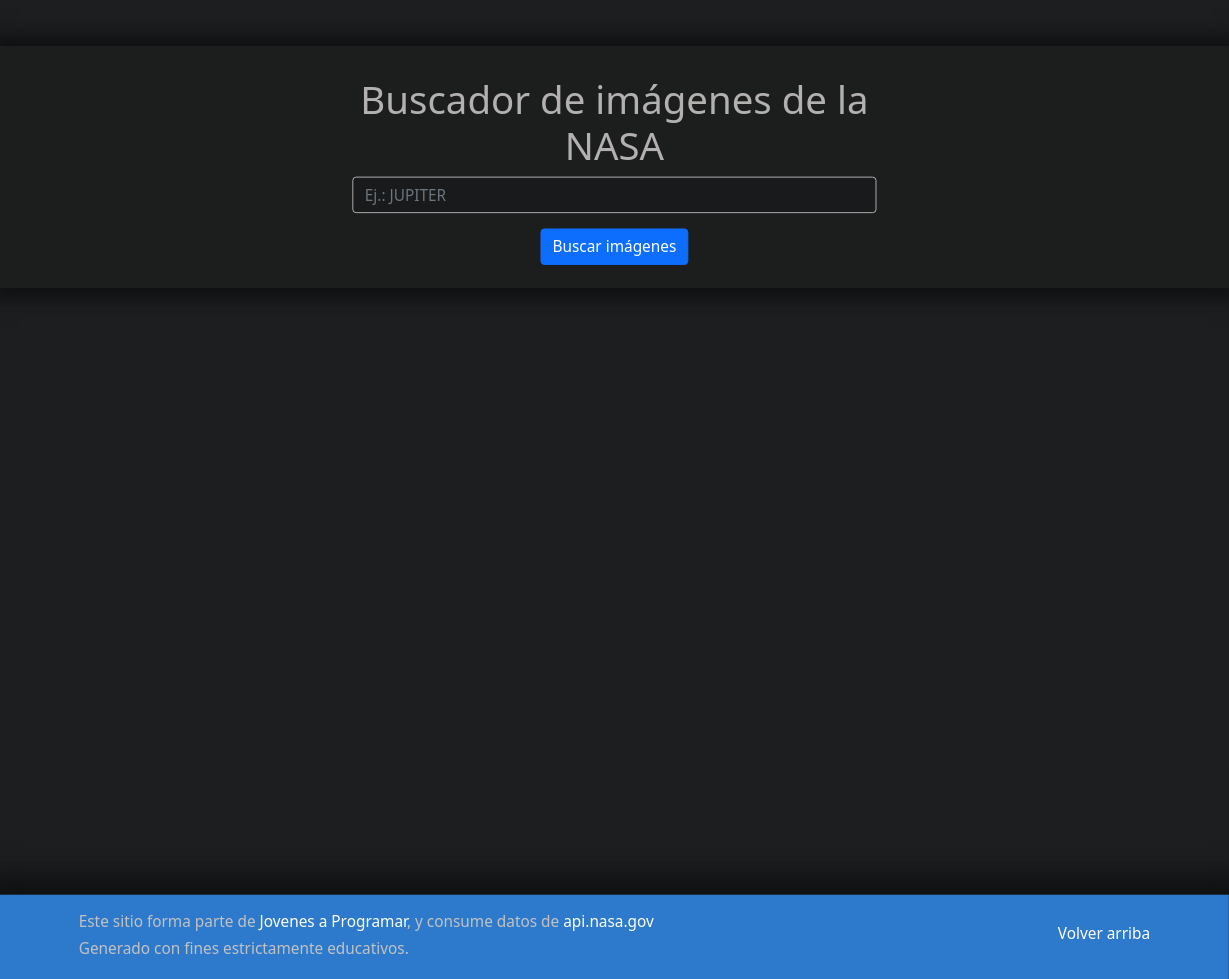
Repository: romancegirl/galaxies
Page: index.html
An editor plug-in stored every save of this project. The page is shown before and after the next save, followed by the edit.
The browser window is 1280 px wide. The pictures show the whole page, at 96% of full size.

Above is the page before, as saved 2024-11-30 04:01:15.

After the next save:
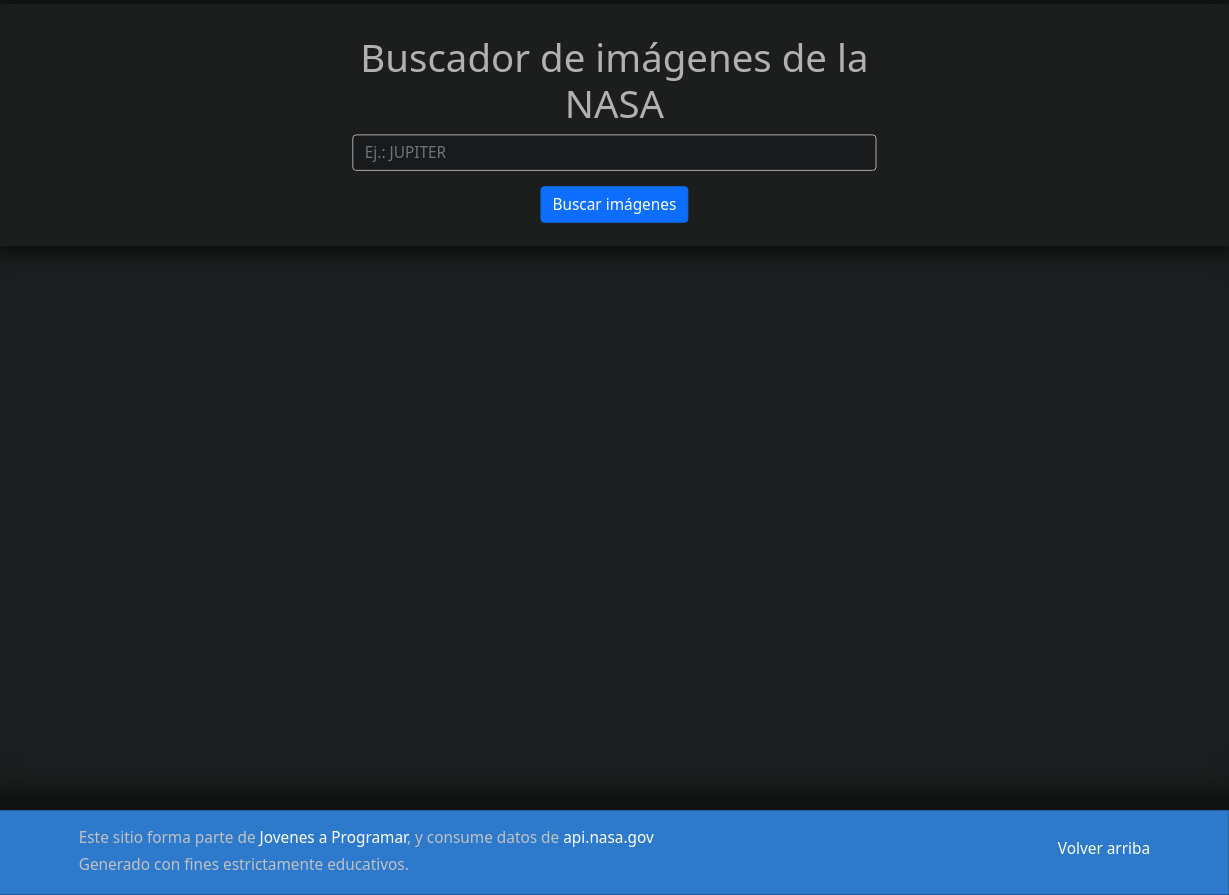
Saved 8 s later.
--- a/index.html
+++ b/index.html
@@ -12,7 +12,7 @@
 
 <body>
 
-  <header class="py-5">
+  <header class="py-1">
     <div id="intro">
       <div class="text-center container">
         <div class="row py-lg-3">
